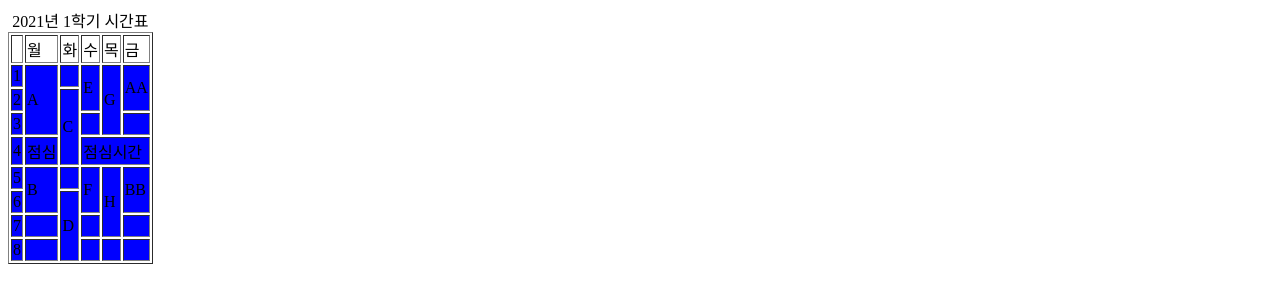
Repository: o-ddong/JSP
Page: ch1_html/WebContent/hello.html
The author's editor kept a copy of each file at every save. The page is drawn from the files as they stood at one save, then again after the next save.
The browser window is 1280 px wide. The pictures show the whole page.

Above is the page before, as saved 2021-03-03 05:59:14.

After the next save:
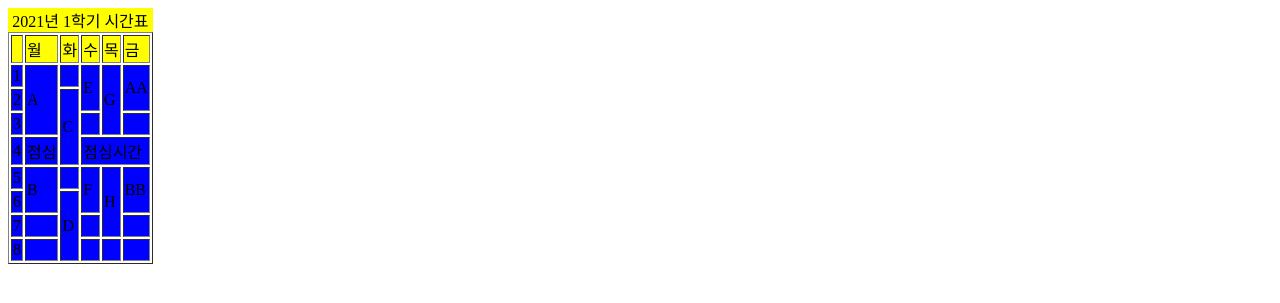
Saved 16 s later.
--- a/ch1_html/WebContent/hello.html
+++ b/ch1_html/WebContent/hello.html
@@ -4,7 +4,7 @@
 <meta charset="EUC-KR">
 <title>Insert title here</title>
 <style type = "text/css">
-	.back_y{background-color:yello}
+	.back_y{background-color:yellow}
 	.back_b{background-color:blue}
 </style>
 </head>
